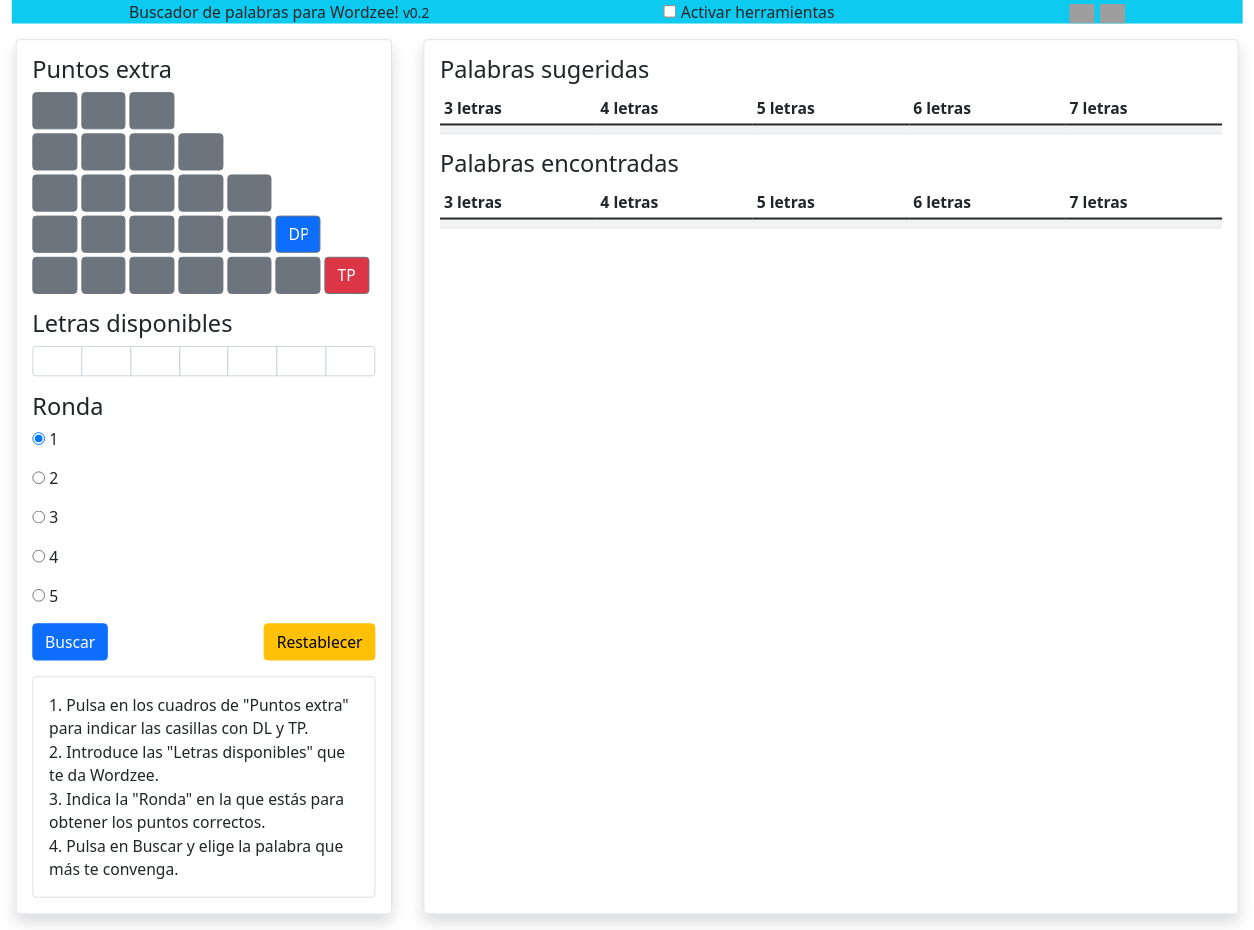
Repository: angelcafe/wordzee-bp_javascript
Page: index.html
An editor plug-in stored every save of this project. The page is shown before and after the next save, followed by the edit.
The browser window is 1280 px wide. The pictures show the whole page, at 98% of full size.
Pictures or frames that could not be fetched are drawn as grey boxes.

Above is the page before, as saved 2021-10-22 21:54:50.

After the next save:
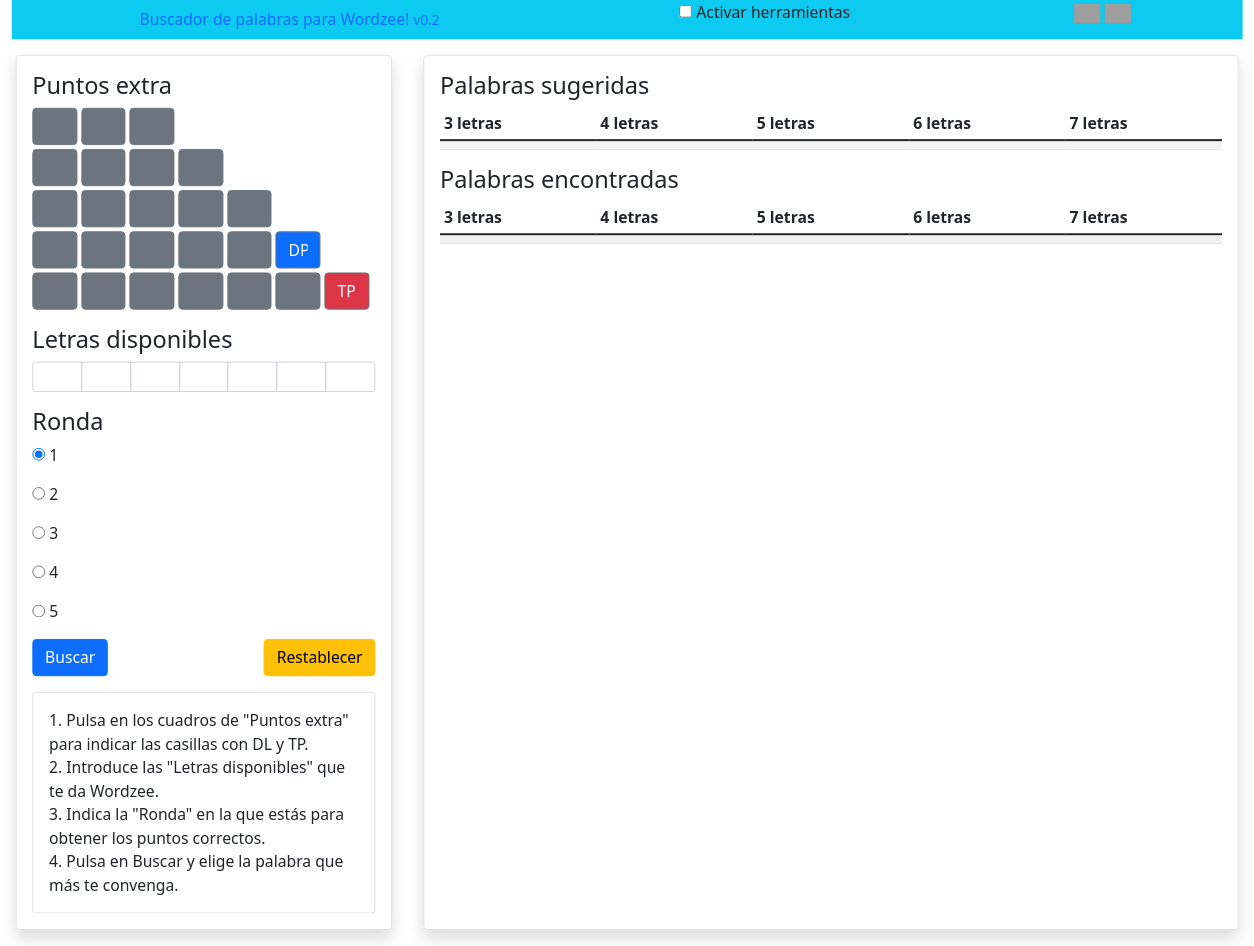
Saved 31 s later.
--- a/index.html
+++ b/index.html
@@ -20,7 +20,7 @@
         <!-- Cabecera -->
         <nav class="nav nav-fill bg-info">
             <li class="nav-item">
-                <span>Buscador de palabras para Wordzee! <small>v0.2</small></span>
+                <span class="nav-link">Buscador de palabras para Wordzee! <small>v0.2</small></span>
             </li>
             <li class="nav-item">
                 <div class="custom-control custom-switch custom-control-inline">
